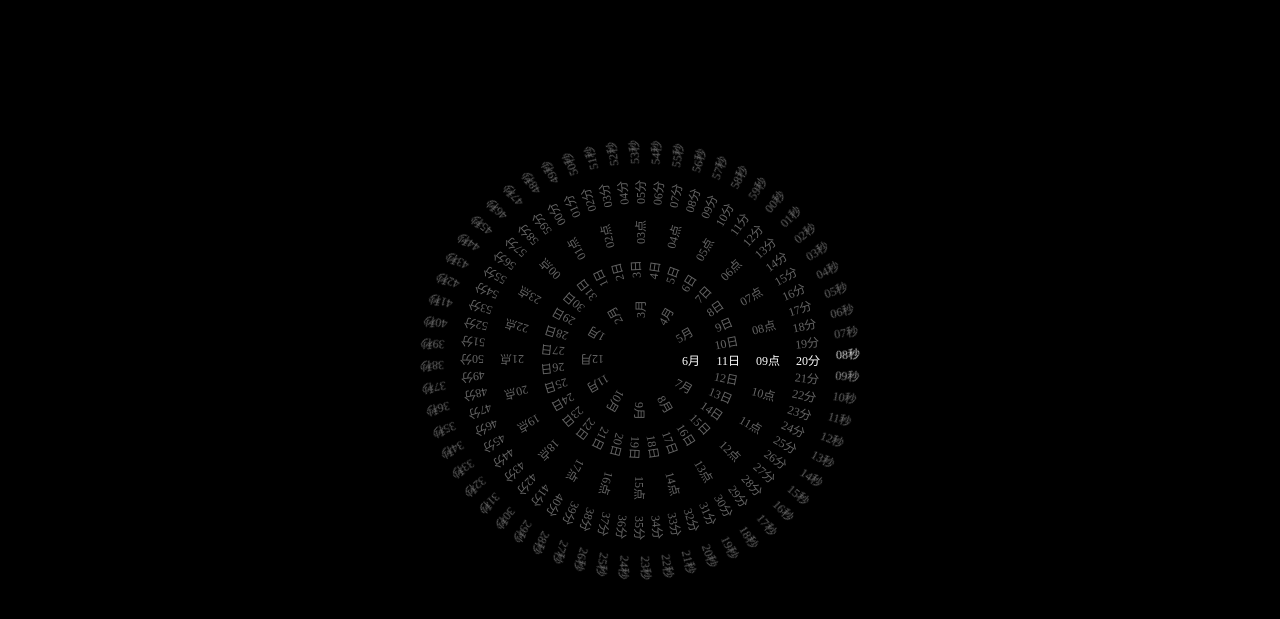
Repository: jarvanstack/vscode
Page: JavaScript/圆形时钟.html
These files come from the project's save history. The page is drawn as it stood at one moment and after the next save; the edit follows.
The browser window is 1280 px wide. The pictures show the whole page.

Above is the page before, as saved 2020-06-18 10:21:08.

After the next save:
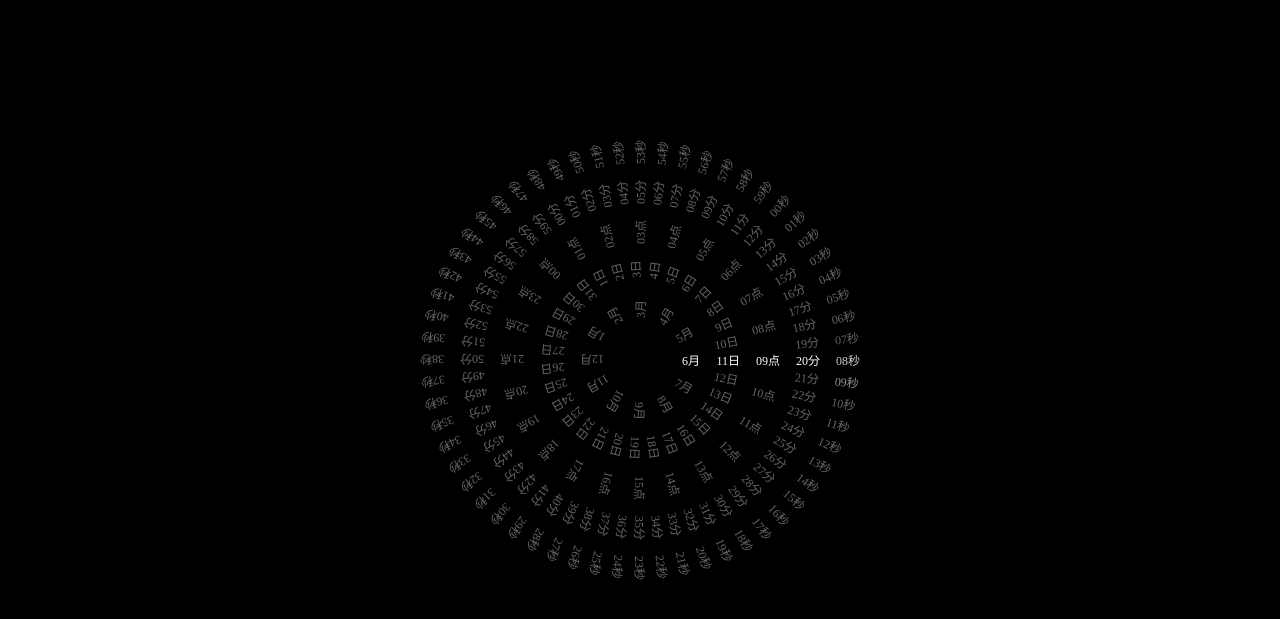
Saved 8 s later.
--- a/JavaScript/圆形时钟.html
+++ b/JavaScript/圆形时钟.html
@@ -234,7 +234,7 @@
                 rotateTag( hourbox , -360/24*mydate.getHours());
                 rotateTag( minutebox , -6*mydate.getMinutes());
                 rotateTag( secondbox , -6*mydate.getSeconds());
-            },1000)//这里是旋转的时间 ms
+            },1500)//这里是旋转的时间 ms
         },0)//这里是变到时钟的时间 ms
 
     };
